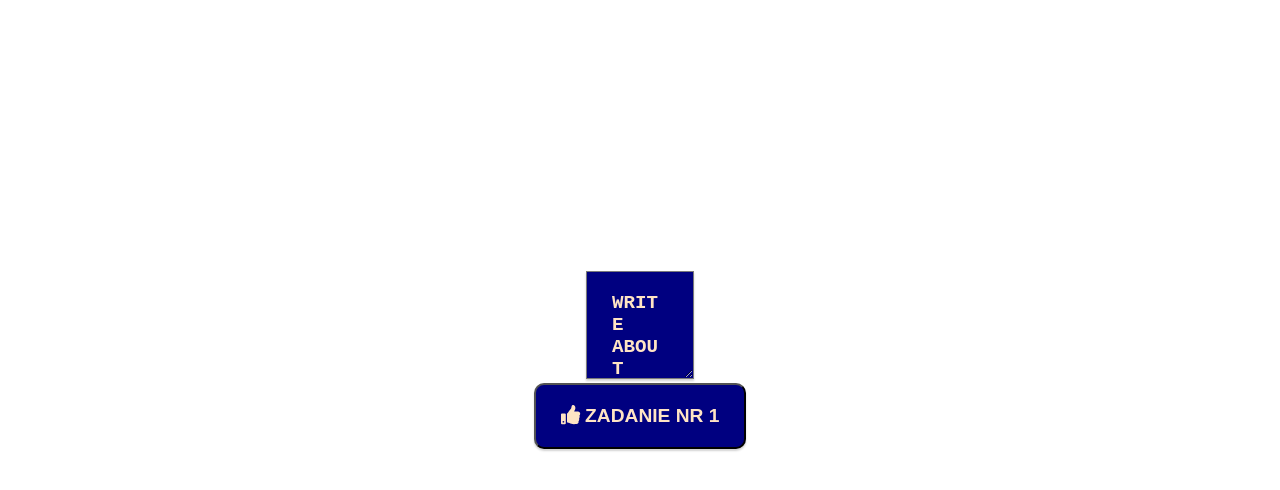
Repository: KrzysKolo/sr_tydzien3_zad_1_2_3
Page: /
The author's editor kept a copy of each file at every save. The page is drawn from the files as they stood at one save, then again after the next save.
The browser window is 1280 px wide. The pictures show the whole page.
The project was rebuilt for these pictures with package versions that can differ from the ones it lists, and the page was loaded fresh each time.

Above is the page before, as saved 2020-11-02 16:38:37.

After the next save:
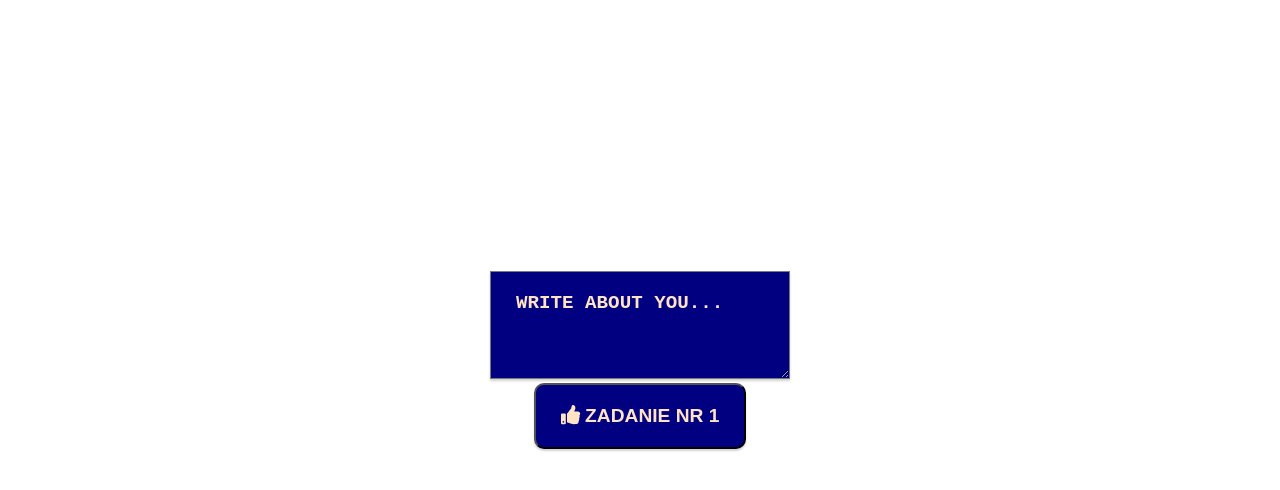
Saved 10 s later.
--- a/src/components/Form/Textarea.js
+++ b/src/components/Form/Textarea.js
@@ -18,7 +18,7 @@ const Textarea = ({value, color, bgColor, borderSize, borderRadius, borderColor}
     padding: 20px 25px;
     text-transform: uppercase;
     transition: ease background-color, color 0.6s;
-    width: 15vh;
+    width: 300px;
 
     `;
     return (
